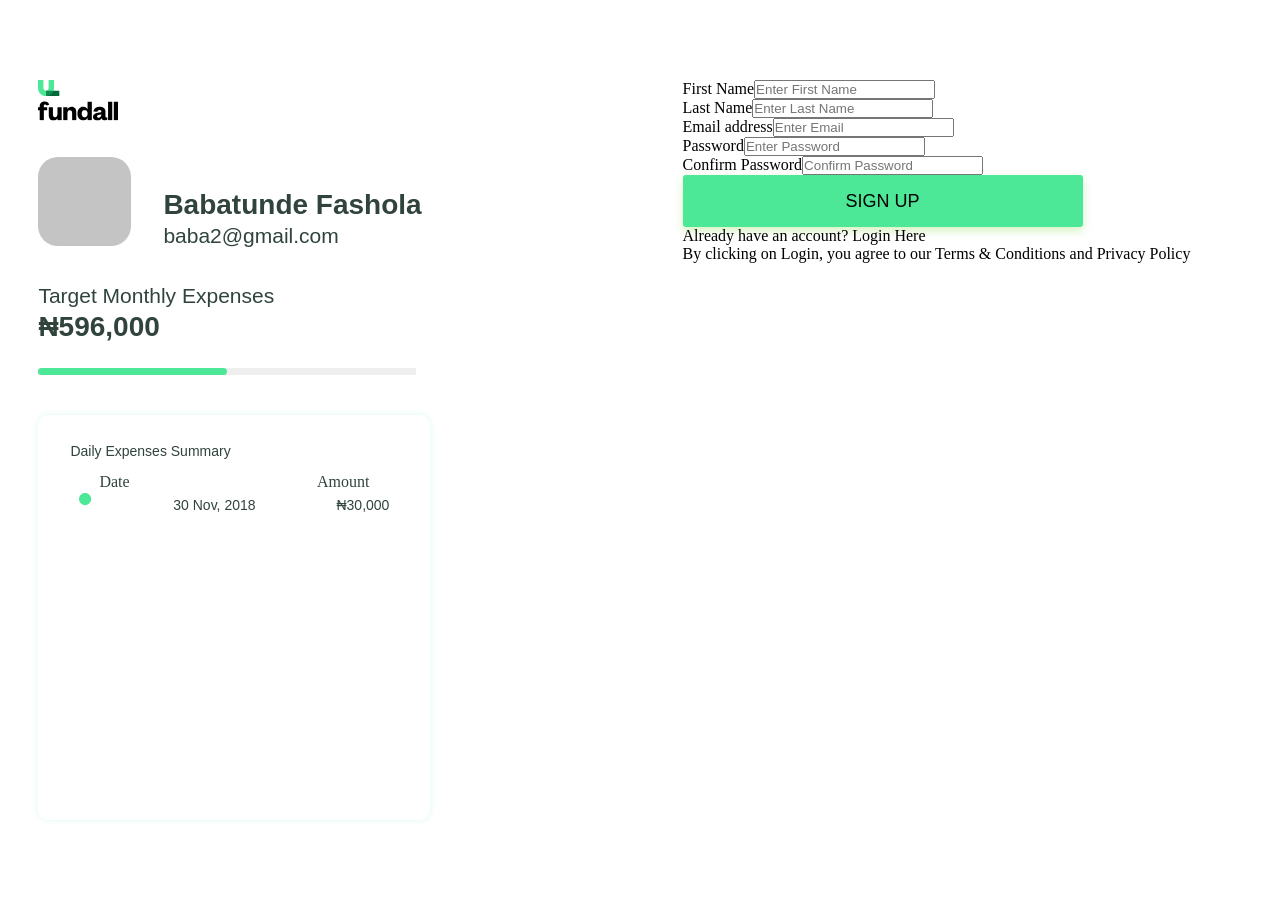
Repository: nilesjamex/niffty
Page: /dashboard
These files come from the project's save history. The page is drawn as it stood at one moment and after the next save; the edit follows.
The browser window is 1280 px wide. The pictures show the whole page.
The project was rebuilt for these pictures with package versions that can differ from the ones it lists, and the page was loaded fresh each time. Also part of the build but not shown: src/components/Nav.vue, src/views/Home.vue, src/views/SignUp.vue, src/views/Login.vue.

Above is the page before, as saved 2022-04-17 09:20:25.

After the next save:
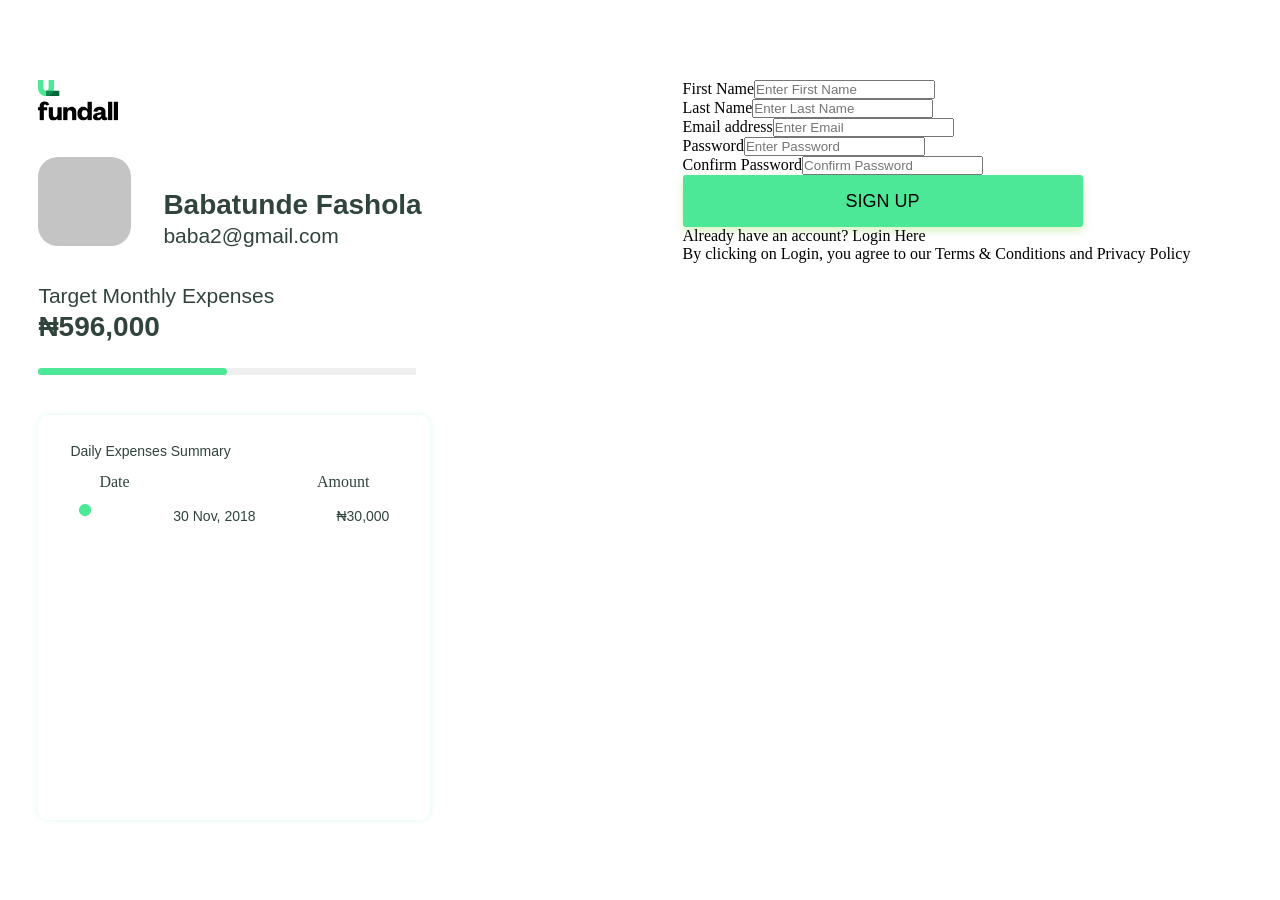
Saved 50 s later.
--- a/src/views/Dashboard.vue
+++ b/src/views/Dashboard.vue
@@ -197,7 +197,7 @@ export default {
 }
 .signup--intro--content--tab--summary--content {
   @include flex(space-between, center);
-  height: 13px;
+  height: 35px;
   svg {
     align-self: center;
   }
